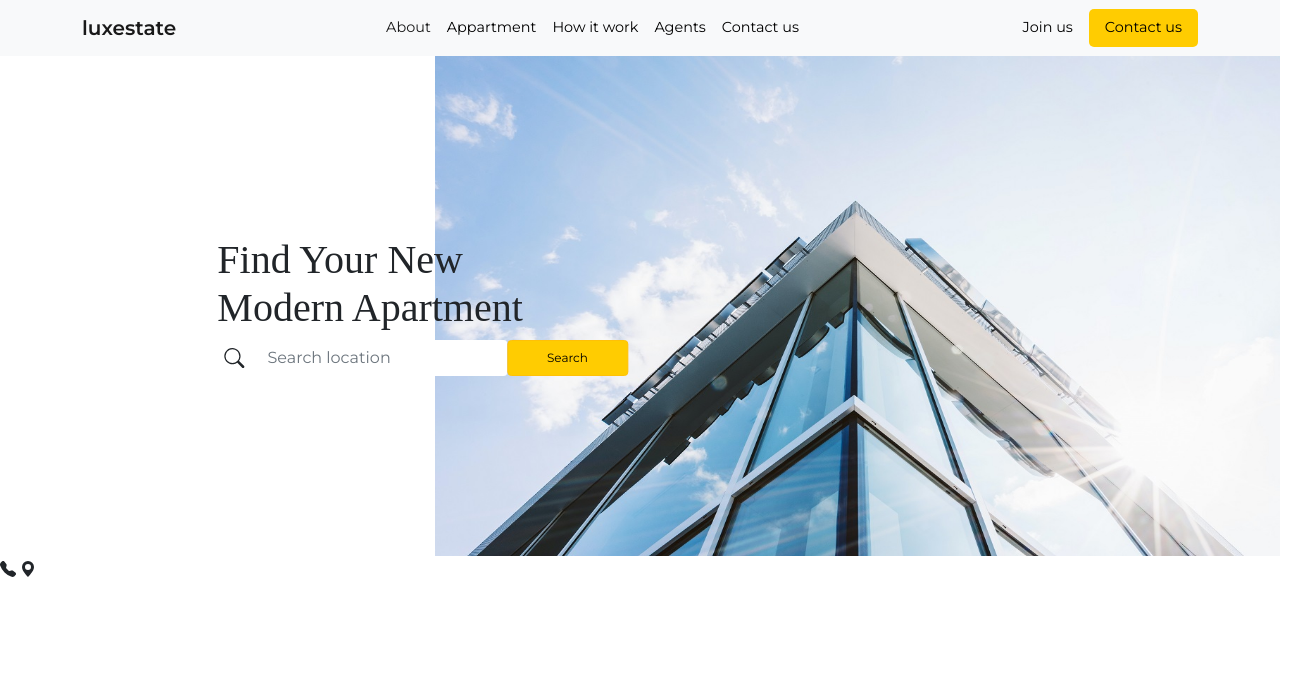
Repository: Toqa-25/luxstate
Page: index.html
The author's editor kept a copy of each file at every save. The page is drawn from the files as they stood at one save, then again after a run of saves.
The browser window is 1280 px wide. The page is 1292 px wide, so the pictures cover 1292 px, including what lies to the right of the window. The pictures show the whole page.

Above is the page before, as saved 2021-06-07 23:33:02.

After the next 5 saves:
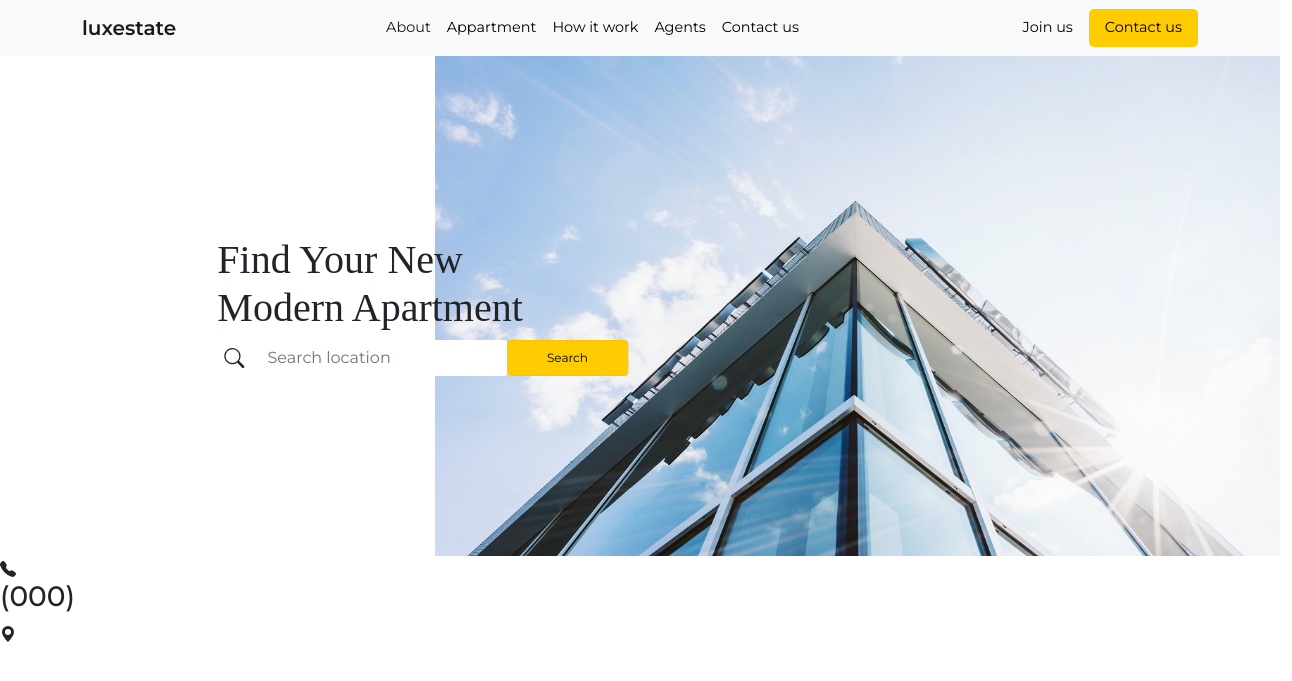
The 5 saves are shown as one change because they came seconds apart.
The last was saved 36 s later.
--- a/index.html
+++ b/index.html
@@ -64,6 +64,7 @@
           <svg xmlns="http://www.w3.org/2000/svg" width="16" height="16" fill="currentColor" class="bi bi-telephone-fill" viewBox="0 0 16 16">
             <path fill-rule="evenodd" d="M1.885.511a1.745 1.745 0 0 1 2.61.163L6.29 2.98c.329.423.445.974.315 1.494l-.547 2.19a.678.678 0 0 0 .178.643l2.457 2.457a.678.678 0 0 0 .644.178l2.189-.547a1.745 1.745 0 0 1 1.494.315l2.306 1.794c.829.645.905 1.87.163 2.611l-1.034 1.034c-.74.74-1.846 1.065-2.877.702a18.634 18.634 0 0 1-7.01-4.42 18.634 18.634 0 0 1-4.42-7.009c-.362-1.03-.037-2.137.703-2.877L1.885.511z"/>
           </svg>
+          <h3>(000)</h3>
           <svg xmlns="http://www.w3.org/2000/svg" width="16" height="16" fill="currentColor" class="bi bi-geo-alt-fill" viewBox="0 0 16 16">
             <path d="M8 16s6-5.686 6-10A6 6 0 0 0 2 6c0 4.314 6 10 6 10zm0-7a3 3 0 1 1 0-6 3 3 0 0 1 0 6z"/>
           </svg>
